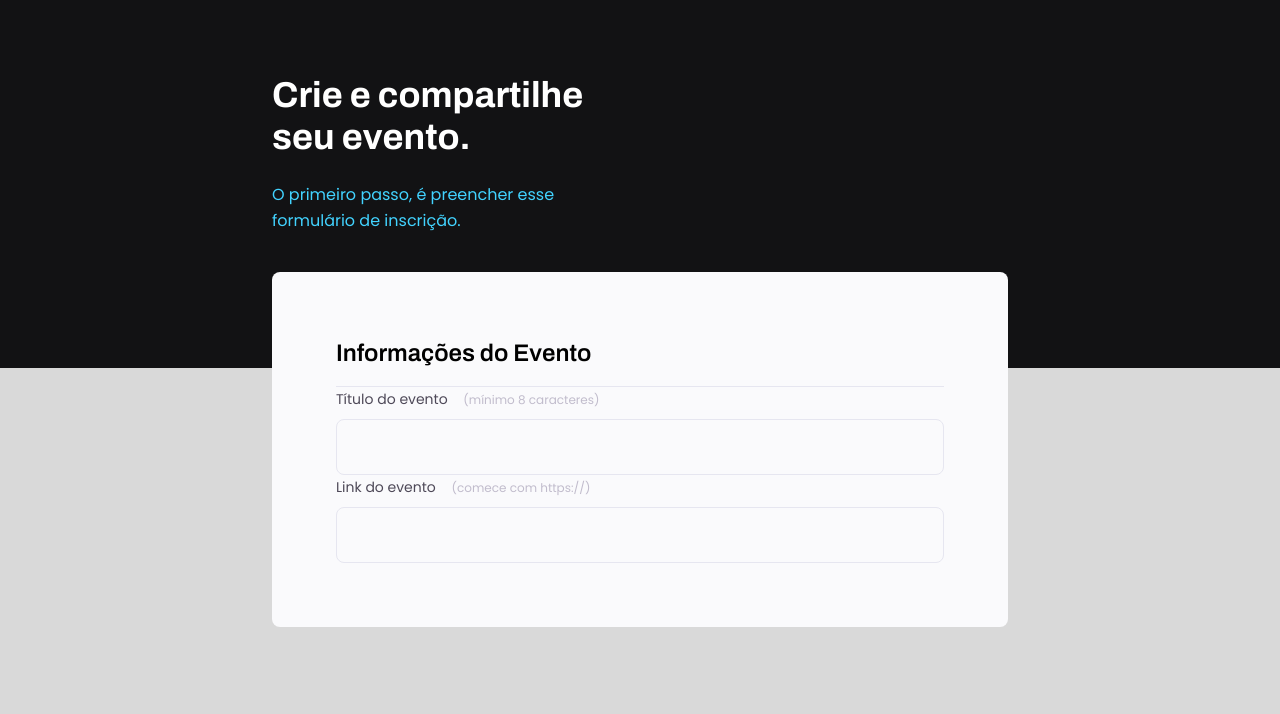
Repository: devMuriloOliveira/Formulario
Page: index.html
The author's editor kept a copy of each file at every save. The page is drawn from the files as they stood at one save, then again after the next save.
The browser window is 1280 px wide. The pictures show the whole page.

Above is the page before, as saved 2023-10-31 21:04:04.

### index.html
<!DOCTYPE html>
<html lang="en">
  <head>
    <link rel="preconnect" href="https://fonts.googleapis.com" />
    <link rel="preconnect" href="https://fonts.gstatic.com" crossorigin />
    <meta charset="UTF-8" />
    <meta name="viewport" content="width=device-width, initial-scale=1.0" />
    <title>Crie seu evento</title>
    <link rel="stylesheet" href="style.css" />

    <link
      href="https://fonts.googleapis.com/css2?family=Archivo:wght@600;700&family=Poppins&display=swap"
      rel="stylesheet"
    />
  </head>
  <body>
    <div class="page">
      <header>
        <h1>Crie e compartilhe seu evento.</h1>
        <p>O primeiro passo, é preencher esse formulário de inscrição.</p>
      </header>

      <form>
        <fieldset>
          <div class="fieldset-wrapper">
            <legend>Informações do Evento</legend>

            <div class="input-wrapper">
              <label for="event-title">
                Título do evento <span>(mínimo 8 caracteres)</span>
              </label>

              <input type="text" id="event-title" />
            </div>

            <div class="input-wrapper">
              <label for="event-link">
                Link do evento <span>(comece com https://)</span>
              </label>

              <input type="text" id="event-link" />
            </div>
          </div>
        </fieldset>
      </form>
    </div>
  </body>
</html>

### style.css
*{
  padding: 0;
  margin: 0;
  box-sizing: border-box;
}

body, input, button, select, textarea{
  font-family: 'Poppins', sans-serif;
}

body{
  background-color: #D9D9D9;
}

body::before{
  content: '';
  width: 100%;
  height: 368px;

  position: absolute;
  top: 0;
  left: 0;
  z-index: -1;
  background: #121214;
}

.page{
  width: 736px;
  margin: auto;
}

header{
  width: 319px;
  margin-top: 74px;

}

header h1{
  font-family: 'Archivo', sans-serif;
  font-weight: bold;

  font-size: 36px;
  line-height: 42px;
  color: white;

  margin-bottom: 24px;
}

header p{
  color: #42D3FF;
  font-size: 16px;
  line-height: 26px;
}

form{
  margin-top: 38px;
  background: #FAFAFC;

  border-radius: 8px;
  min-height: 300px;

  padding: 64px;
}

fieldset{
  border: none;
  display: grid;
  gap: 24px;
}


fieldset legend{
  font-family: 'Archivo', 'S';
  font-weight: 600;
  font-size: 24px;
  line-height: 34px;

  width: 100%;
  border-bottom: 1px solid #E6E6F0;

  padding-bottom: 16px;
}

.input-wrapper{
  display: flex;
  flex-direction: column;
}

.input-wrapper label{
  font-size: 14px;
  line-height: 24px;

  color: #4E4958;
  margin-bottom: 8px;
}

.input-wrapper label span{
  margin-left: 12px;

  line-height: 20px;
  font-size: 12px;
  color: #C1BCCC;
}

.input-wrapper input{
  background: #FAFAFC;

  border: 1px solid #E6E6F0;
  border-radius: 8px;
  height: 56px;

  padding: 0 24px;
  font-size: 16px;

  line-height: 26px;

  color: #C1BCCC;
}

After the next save:
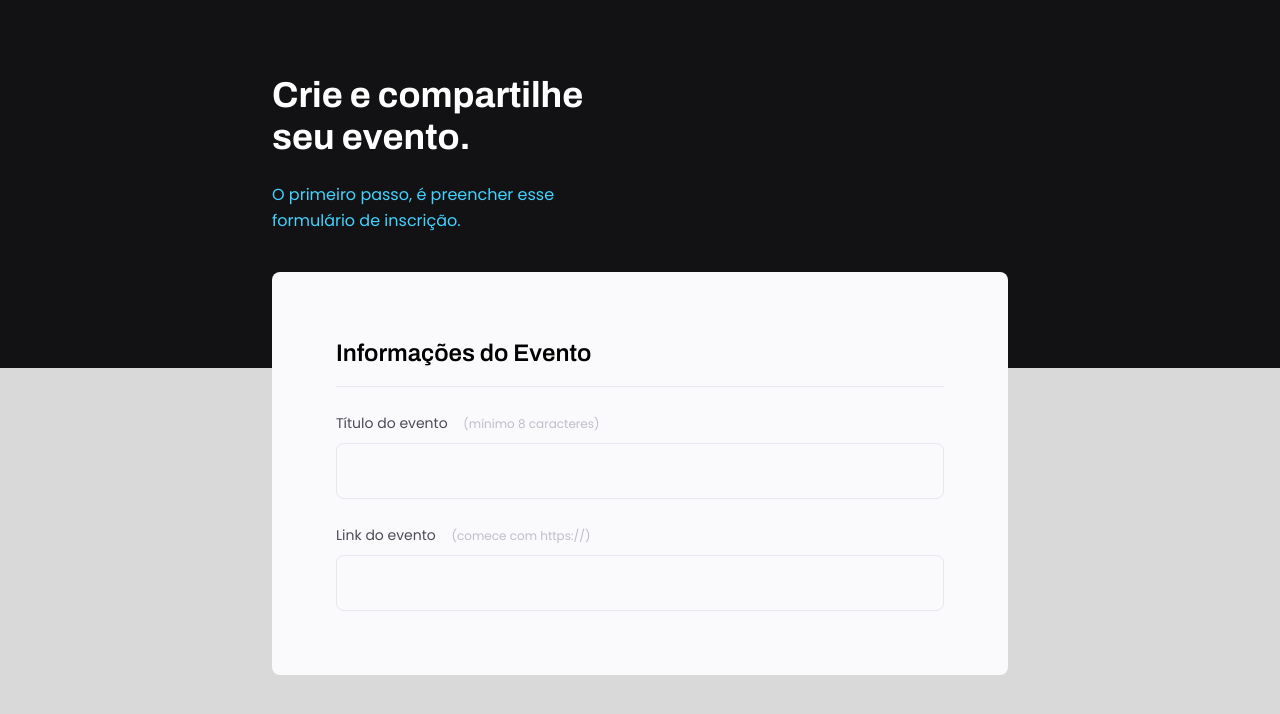
Saved 82 s later.
--- a/style.css
+++ b/style.css
@@ -64,7 +64,11 @@ form{
 
 fieldset{
   border: none;
-  display: grid;
+}
+
+.fieldset-wrapper{
+  display: flex;
+  flex-direction: column;
   gap: 24px;
 }
 
